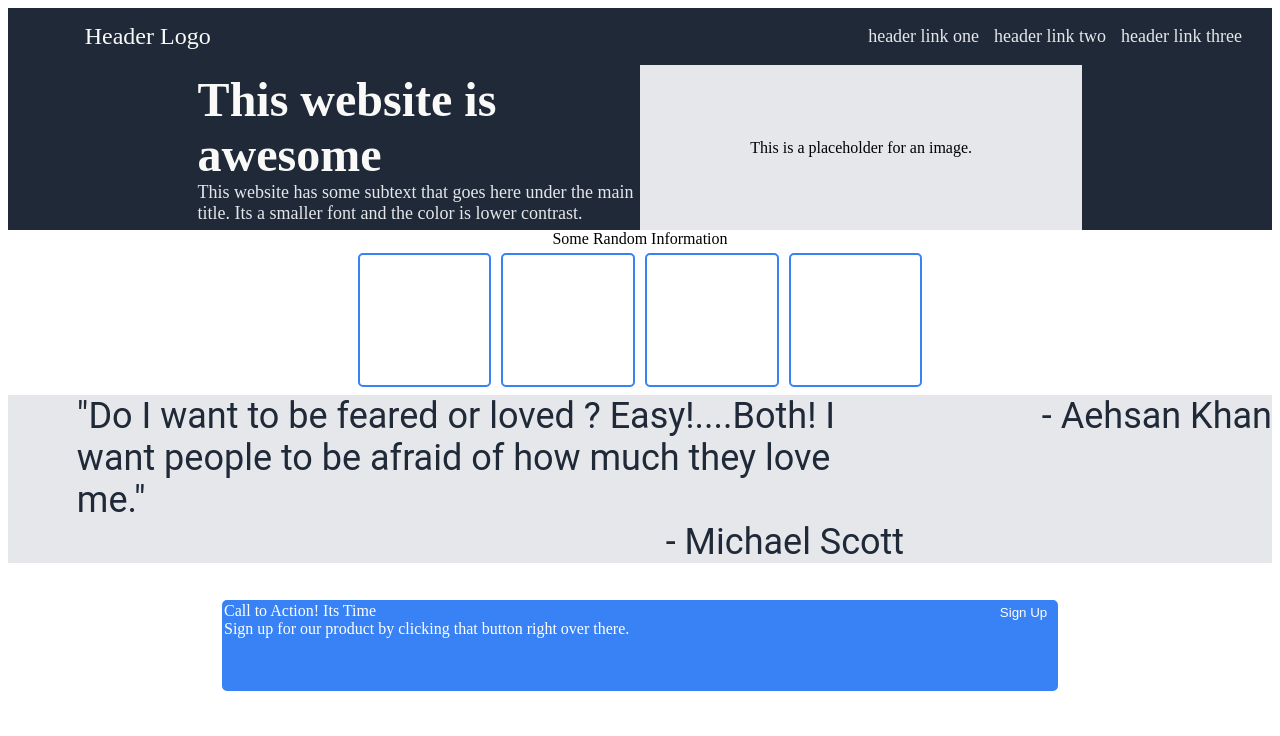
Repository: Aehsan4004/odinlandpage
Page: index.html
The author's editor kept a copy of each file at every save. The page is drawn from the files as they stood at one save, then again after the next save.
The browser window is 1280 px wide. The pictures show the whole page.

Above is the page before, as saved 2025-02-11 08:21:06.

After the next save:
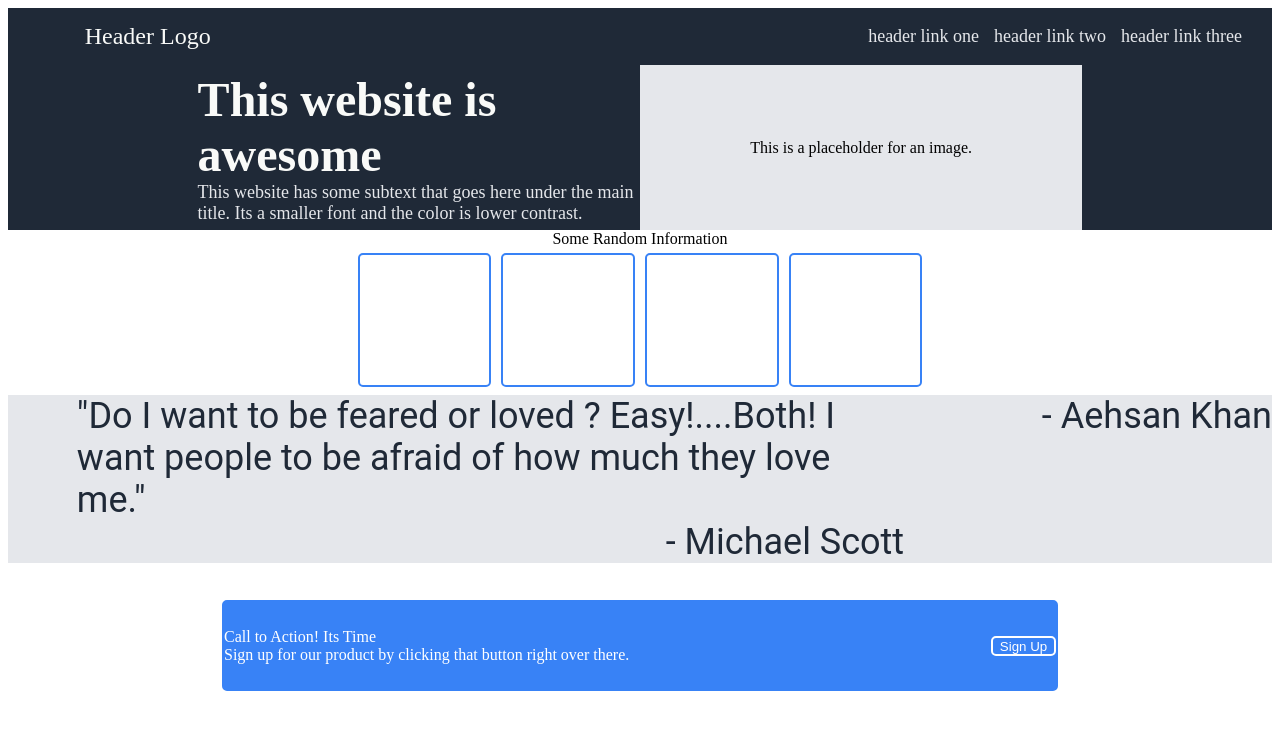
Saved 58 s later.
--- a/styles.css
+++ b/styles.css
@@ -139,6 +139,7 @@ ul {
     display:flex;
     flex-flow: column-wrap;
     justify-content: space-between;
+    align-items: center;
 }
 
 .signup-btn {
@@ -146,7 +147,7 @@ ul {
     color: white;
     height: 20px;
     width: 65px;
-    border: 2px solid #3882f6;
+    border: 2px solid white;
     border-radius: 5px;
 
 }
